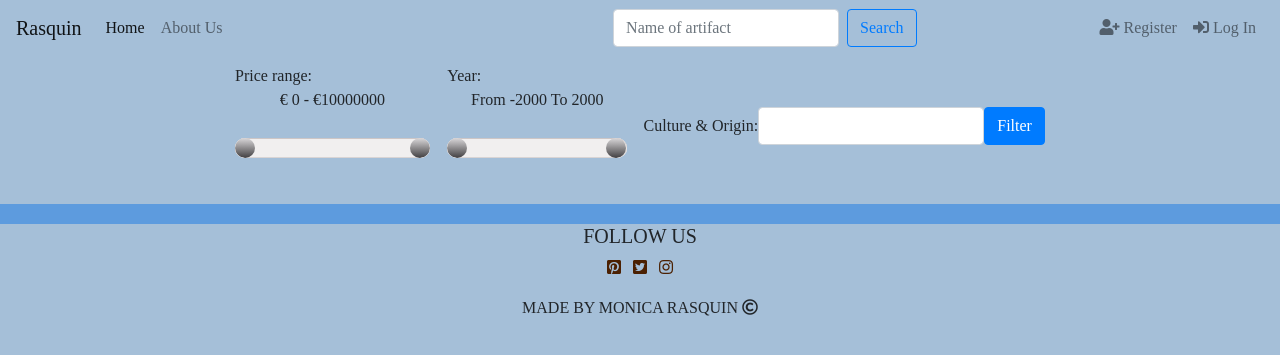
Repository: Rasquin/auction
Page: templates/base.html
The author's editor kept a record of every edit. The page is drawn from the files as they stood at one moment, then again after the next edit.
The browser window is 1280 px wide. The pictures show the whole page.
The template is drawn by Django 2.2. The application's start-up code is not run. The template is opened directly, without the code that normally fills it, so the values that code supplies are empty.

Above is the page before.

After the next edit:
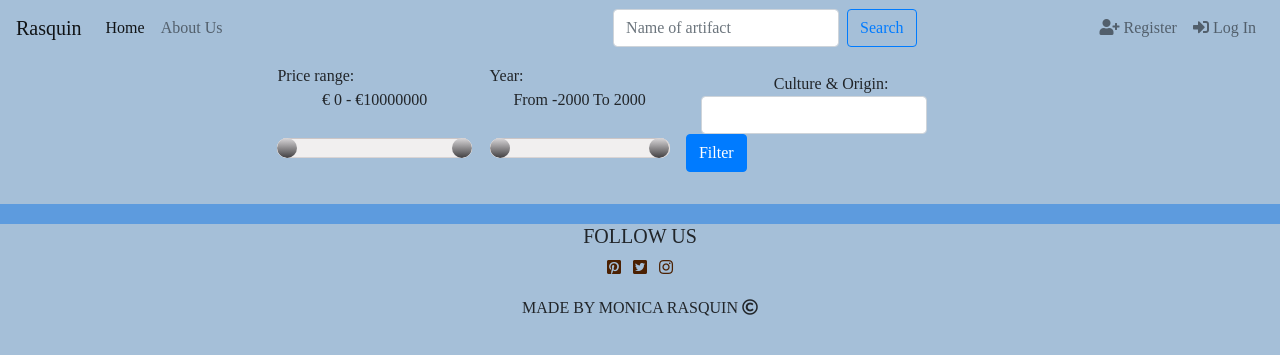
The edit:
--- a/templates/base.html
+++ b/templates/base.html
@@ -115,6 +115,7 @@
             </div>
             <!-- Origin Filter -->
             <div class="form-group mb-2">
+                <div class="col-11">
                 <label for="origin">Culture & Origin:</label>
                 <input type="text" class="form-control" id="artifact_origin" name="artifact_origin">
             </div>
